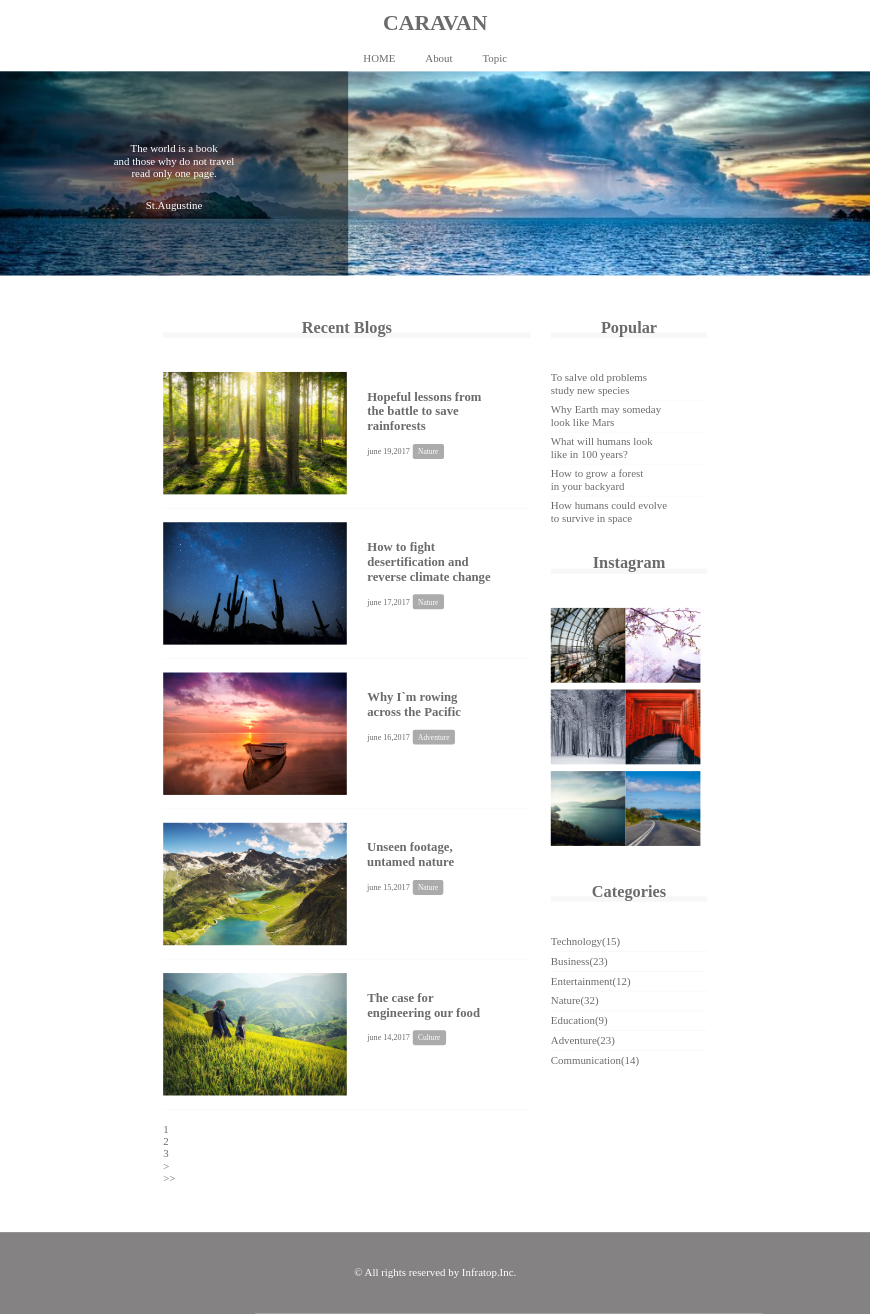
Repository: TACAMP/caravan
Page: caravan/index.html
The author's editor kept a record of every edit. The page is drawn from the files as they stood at one moment, then again after the next edit.
The browser window is 1280 px wide. The pictures show the whole page, at 68% of full size.

Above is the page before.

After the next edit:
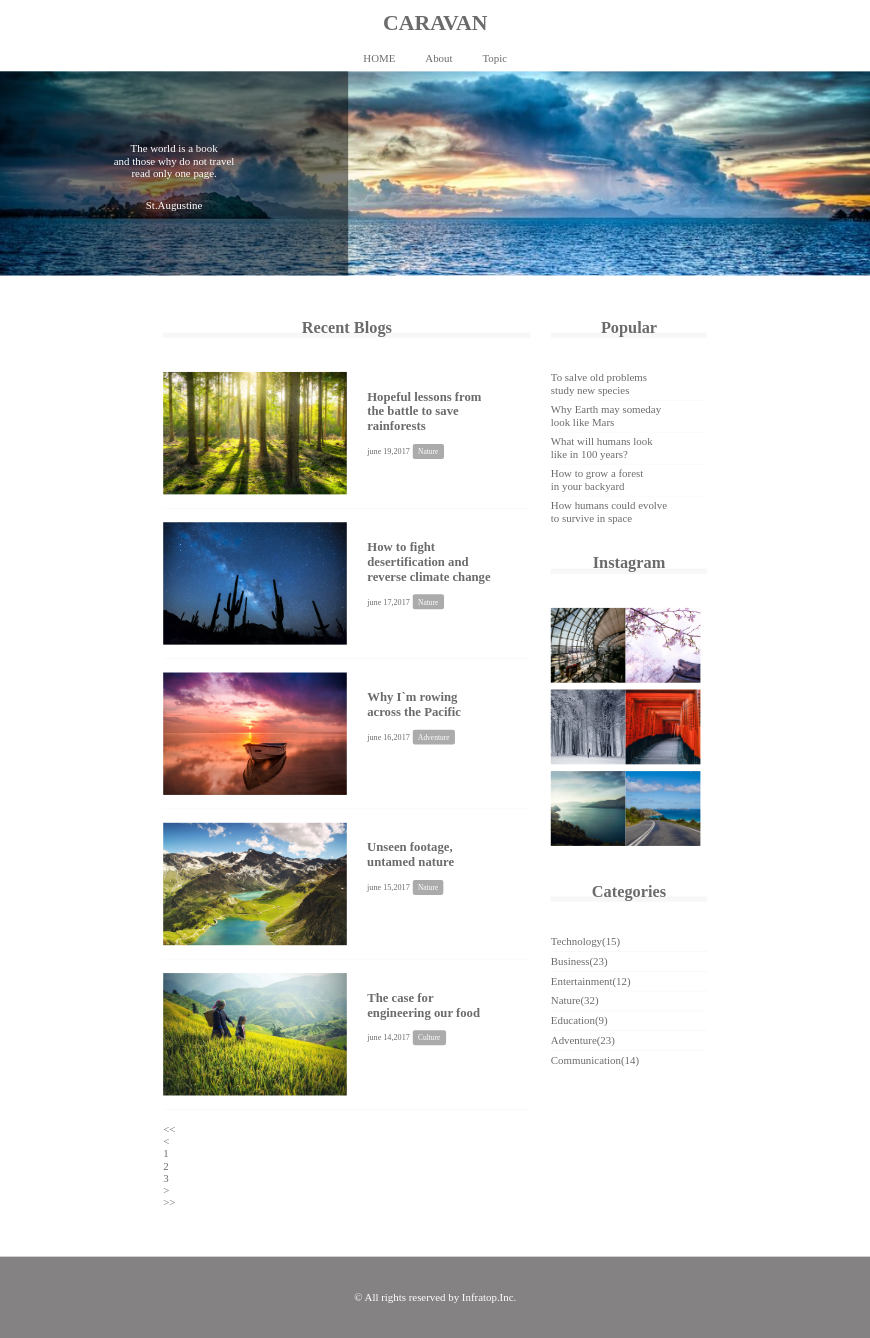
The edit:
--- a/caravan/index.html
+++ b/caravan/index.html
@@ -111,6 +111,8 @@
         </div>
        </div>
        <div class="pagination">
+         <p><<</p>
+         <p><</p>
          <p>1</p>
          <p>2</p>
          <p>3</p>
